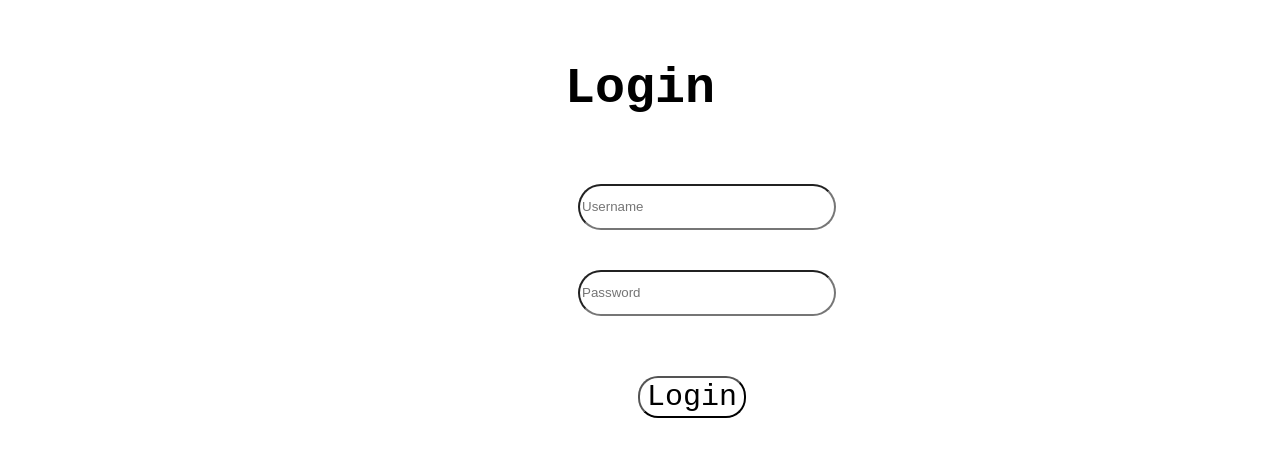
Repository: yhung004/TUTORIAL_PAGE
Page: log_in.html
The author's editor kept a copy of each file at every save. The page is drawn from the files as they stood at one save, then again after the next save.
The browser window is 1280 px wide. The pictures show the whole page.
The pointer rests on the first visible `.button_in`.

Above is the page before, as saved 2024-04-10 12:41:17.

### log_in.html
<!DOCTYPE html>
<html lang="en">
<head>
    <meta charset="UTF-8">
    <meta name="viewport" content="width=device-width, initial-scale=1.0">
    <title>Login</title>
    <link rel="stylesheet" href="main.css">
</head>
<body>
    <h4 class="login">Login</h4>
    <input type="text" placeholder="Username" class="username"> <br>
    <input type="text" placeholder="Password" class="password"> <br>
    <button class="button_in">
        Login
    </button>
</body>
</html>

### main.css
.welcome{
    text-align: center;
    font-family: 'Courier New', Courier, monospace;
    font-size: 30px;
    margin-top: 80px;
}
.welcome_text {
    margin-top: 20px;
    text-align:center;
    font-family: 'Courier New', Courier, monospace;
    font-size: 30px;
}
.button_a {
    position: relative;
    left: 580px;
    border: 1px solid black;
    background-color:white;
    border-radius: 30px;
    font-size: 40px;
    padding: 2px 18px 2px 18px;
    margin-top: 20px;
}
.button_b {
    position: relative;
    right: -600px;
    border : 1px solid black;
    border-radius: 40px;
    background-color: rgb(63, 60, 60);
    color:white;
    font-size: 40px;
    padding: 2px 7px 2px 7px;
    margin-top: 20px;
}
a.button_b1 {
    text-decoration: none;
    color:white;
}
a.button_a1 {
    text-decoration:none;
    color:black;
}
.login {
    text-align:center;
    font-size: 50px;
    font-family: monospace;
    margin-top: 60px;
}
.username {
    position: relative;
    border-radius: 30px;
    left: 570px;
    width: 250px;
    height: 40px;
}
.password {
    position: relative;
    border-radius: 30px;
    left: 570px;
    width: 250px;
    height: 40px;
    margin-top: 40px;
}
.button_in {
    position: relative;
    left: 630px;
    margin-top: 60px;
    background-color:white;
    color: black;
    font-size: 30px;
    font-family: monospace;
    border-radius: 20px;
    padding: 2px 7px 2px 7px;

}

After the next save:
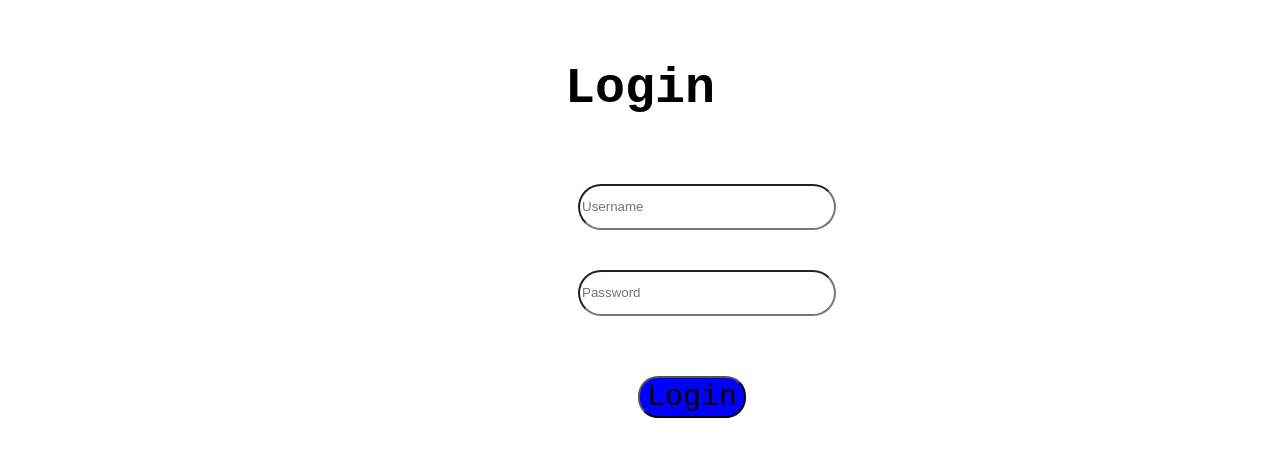
Saved 84 s later.
--- a/main.css
+++ b/main.css
@@ -72,3 +72,6 @@ a.button_a1 {
     padding: 2px 7px 2px 7px;
 
 }
+.button_in:hover {
+    background-color:blue;
+}
